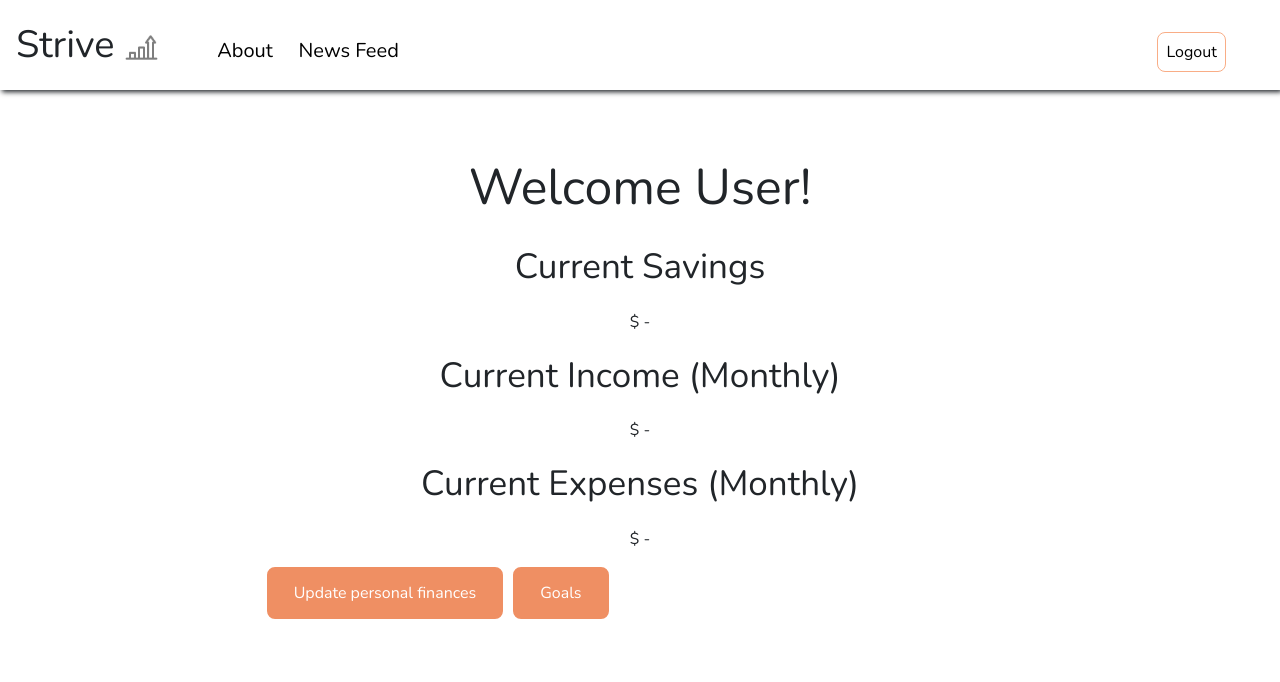
Repository: NoraOK/Strive
Page: http://localhost/strive/WEB-INF/strive/userHome.jsp
The author's editor kept a copy of each file at every save. The page is drawn from the files as they stood at one save, then again after the next save.
The browser window is 1280 px wide. The pictures show the whole page.
The page is served by Tomcat 9. Nobody is signed in. The template is opened directly, without the code that normally fills it, so the values that code supplies are empty.

Above is the page before, as saved 2019-12-18 23:32:54.

After the next save:
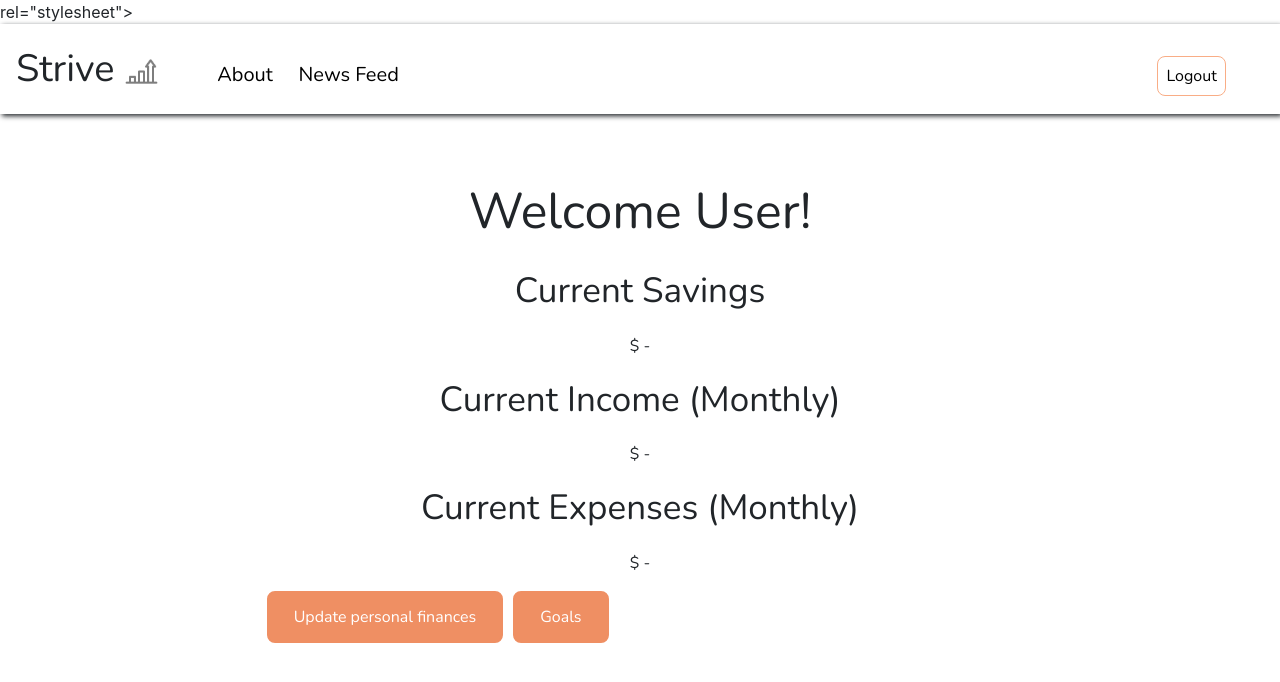
Saved 39 s later.
--- a/strive/src/main/webapp/WEB-INF/strive/userHome.jsp
+++ b/strive/src/main/webapp/WEB-INF/strive/userHome.jsp
@@ -10,8 +10,7 @@
 	integrity="sha384-ggOyR0iXCbMQv3Xipma34MD+dH/1fQ784/j6cY/iJTQUOhcWr7x9JvoRxT2MZw1T"
 	crossorigin="anonymous">
 	<link href="/css/userHome.css" rel="stylesheet" type="text/css" />
-	<link href="https://fonts.googleapis.com/css?family=Nunito&display=swap"
-	rel="stylesheet">
+	<link href="https://fonts.googleapis.com/css?family=Nunito:200,400,700&display=swap" rel="stylesheet">	rel="stylesheet">
 </head>
 <body>
 	<div>

After the 2 saves that followed:
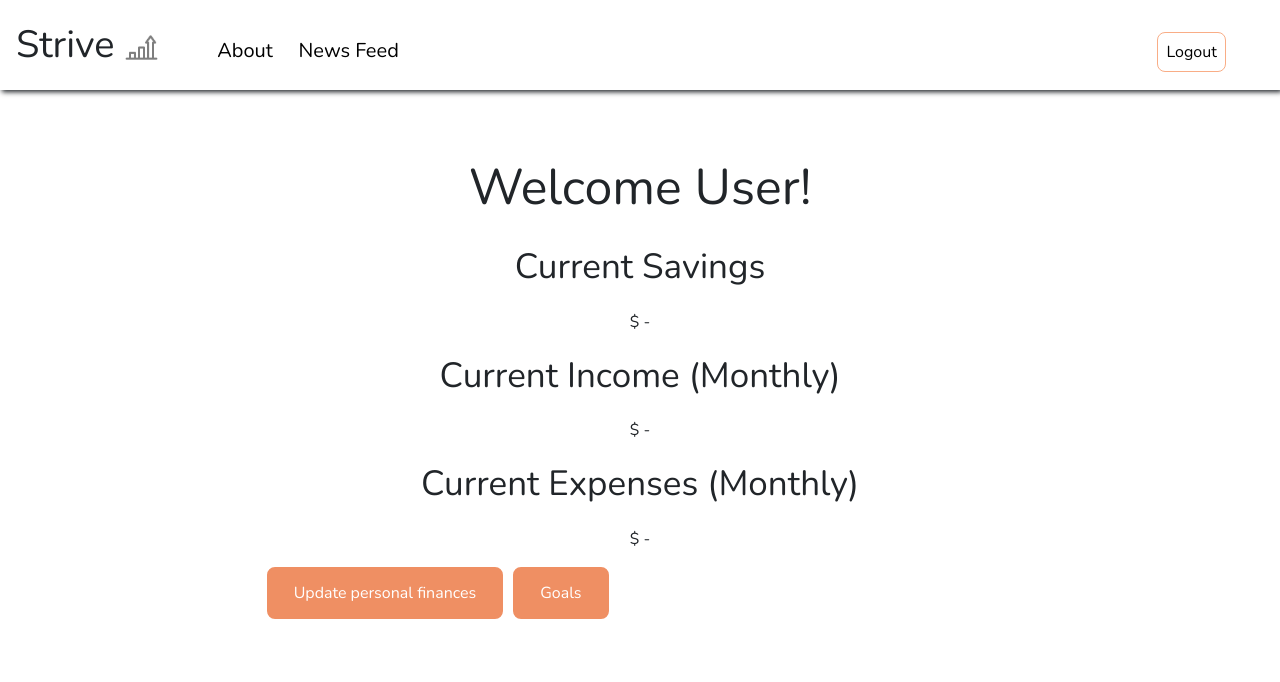
The 2 saves are shown as one change because 1 left the picture as it was.
The last was saved 83 s later.
--- a/strive/src/main/webapp/WEB-INF/strive/userHome.jsp
+++ b/strive/src/main/webapp/WEB-INF/strive/userHome.jsp
@@ -10,7 +10,7 @@
 	integrity="sha384-ggOyR0iXCbMQv3Xipma34MD+dH/1fQ784/j6cY/iJTQUOhcWr7x9JvoRxT2MZw1T"
 	crossorigin="anonymous">
 	<link href="/css/userHome.css" rel="stylesheet" type="text/css" />
-	<link href="https://fonts.googleapis.com/css?family=Nunito:200,400,700&display=swap" rel="stylesheet">	rel="stylesheet">
+	<link href="https://fonts.googleapis.com/css?family=Nunito:200,400,700&display=swap" rel="stylesheet">
 </head>
 <body>
 	<div>
--- a/strive/src/main/resources/static/css/userHome.css
+++ b/strive/src/main/resources/static/css/userHome.css
@@ -26,7 +26,7 @@
 }
 
 .welcome{
-	font-style: 200;
+	font-weight: 200;
 	font-size: 50px;
 }
 
